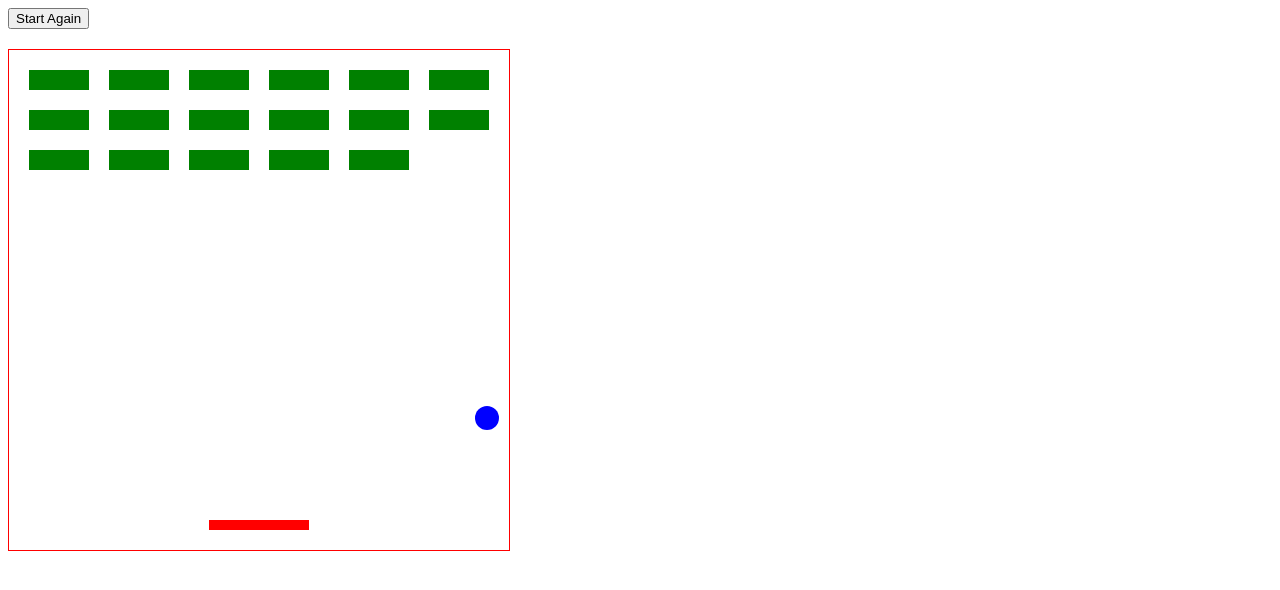
Repository: huynhsang96/CaseJS
Page: Demo_case/index.html
The author's editor kept a copy of each file at every save. The page is drawn from the files as they stood at one save, then again after the next save.
The browser window is 1280 px wide. The pictures show the whole page.

Above is the page before, as saved 2022-02-16 20:26:13.

After the next save:
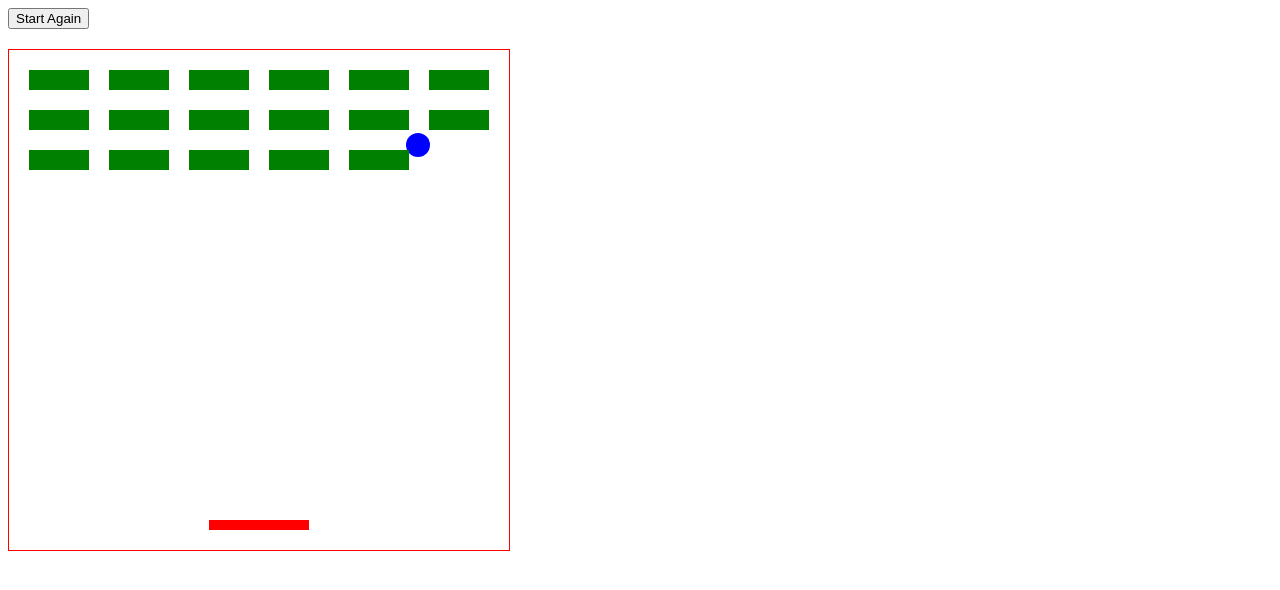
Saved 3 min 47 s later.
--- a/Demo_case/main.js
+++ b/Demo_case/main.js
@@ -136,16 +136,7 @@
 }
 
 
-function checkGame(){
-    if(ball.y + ball.radius > canvas.height){
-        isGameOver = true;
-    }
-}
-
-function alerGameOver(){
-    console.log("Game Over");
-}
-
+// Xử lý thua game
 let isGameOver = false;
 
 // xử lý thắng Game
@@ -159,6 +150,18 @@
 }
 console.log(isEndGame)
 
+function checkGame(){
+    if(ball.y + ball.radius > canvas.height){
+        isGameOver = true;
+    }
+    if(isEndGame){
+        isGameOver = true;
+    }
+}
+
+function alerGameOver(){
+    console.log("Game Over");
+}
 
 function behavior(){
     if(!isGameOver){

After the save that followed:
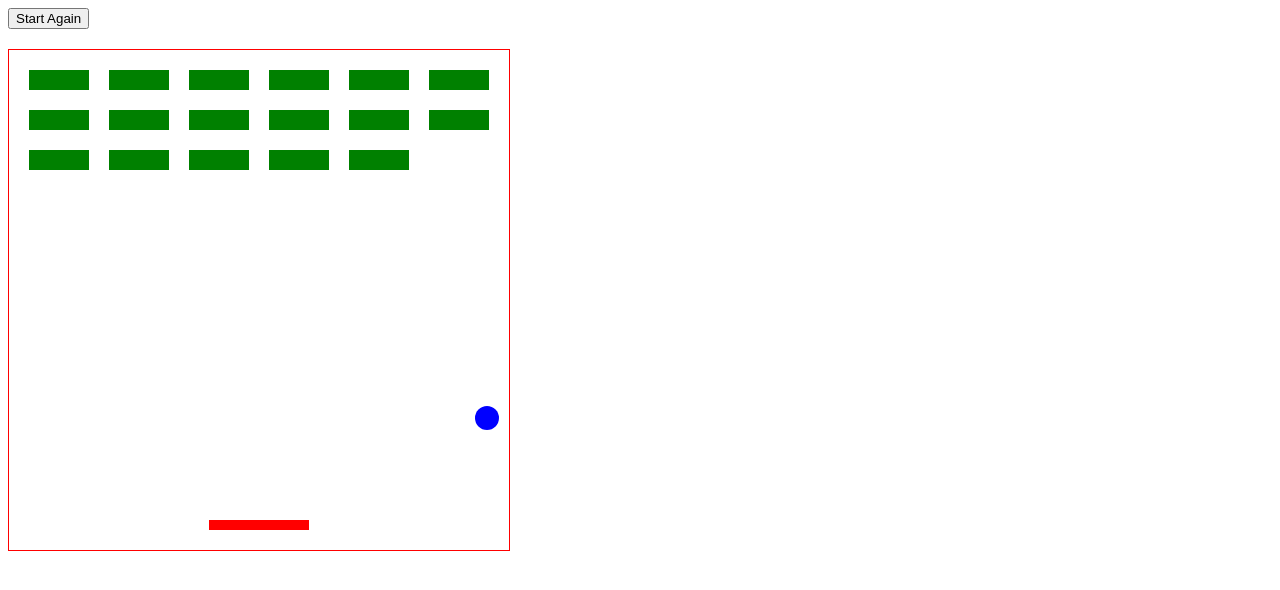
Saved 14 s later.
--- a/Demo_case/main.js
+++ b/Demo_case/main.js
@@ -143,7 +143,7 @@
 let isEndGame = false;
 
 function endGame(){
-    isEndGame = brickList.some(element =>{
+    isEndGame = brickList.every(element =>{
         return element.isBroken === true;
     })
 
